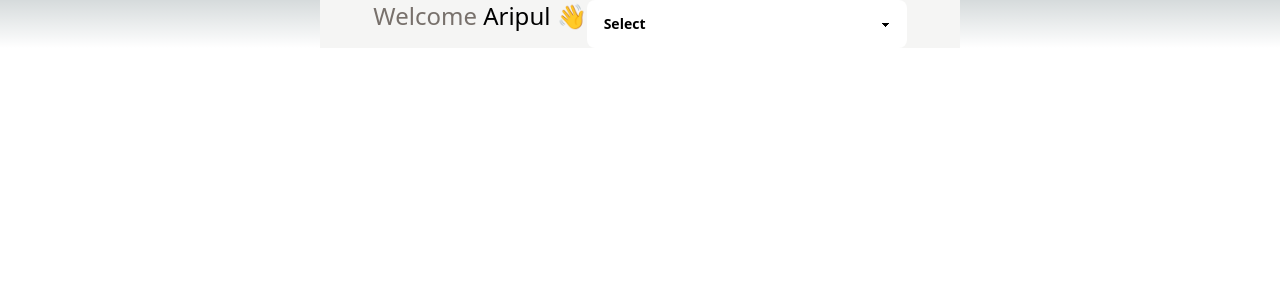
Repository: mehedi9465/nextapp
Page: /Dashboard
The author's editor kept a copy of each file at every save. The page is drawn from the files as they stood at one save, then again after the next save.
The browser window is 1280 px wide. The pictures show the whole page.
The project was rebuilt for these pictures with package versions that can differ from the ones it lists, and the page was loaded fresh each time. The framework's server and built-in components were replaced by stand-ins that run in the browser. Also part of the build but not shown: next.config.js, Components/Navbar.js.

Above is the page before, as saved 2023-03-04 14:55:59.

After the next save:
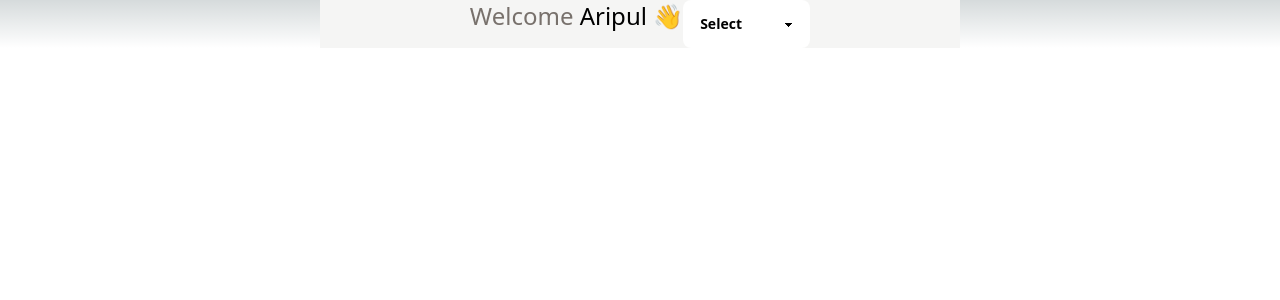
Saved 21 s later.
--- a/pages/Dashboard/index.js
+++ b/pages/Dashboard/index.js
@@ -12,7 +12,7 @@ const index = () => {
           <p className="text-2xl">
             <span className="text-stone-500">Welcome</span> Aripul 👋
           </p>
-          <select className="select w-full max-w-xs">
+          <select className="select max-w-xs">
             <option disabled selected>
               Select
             </option>
